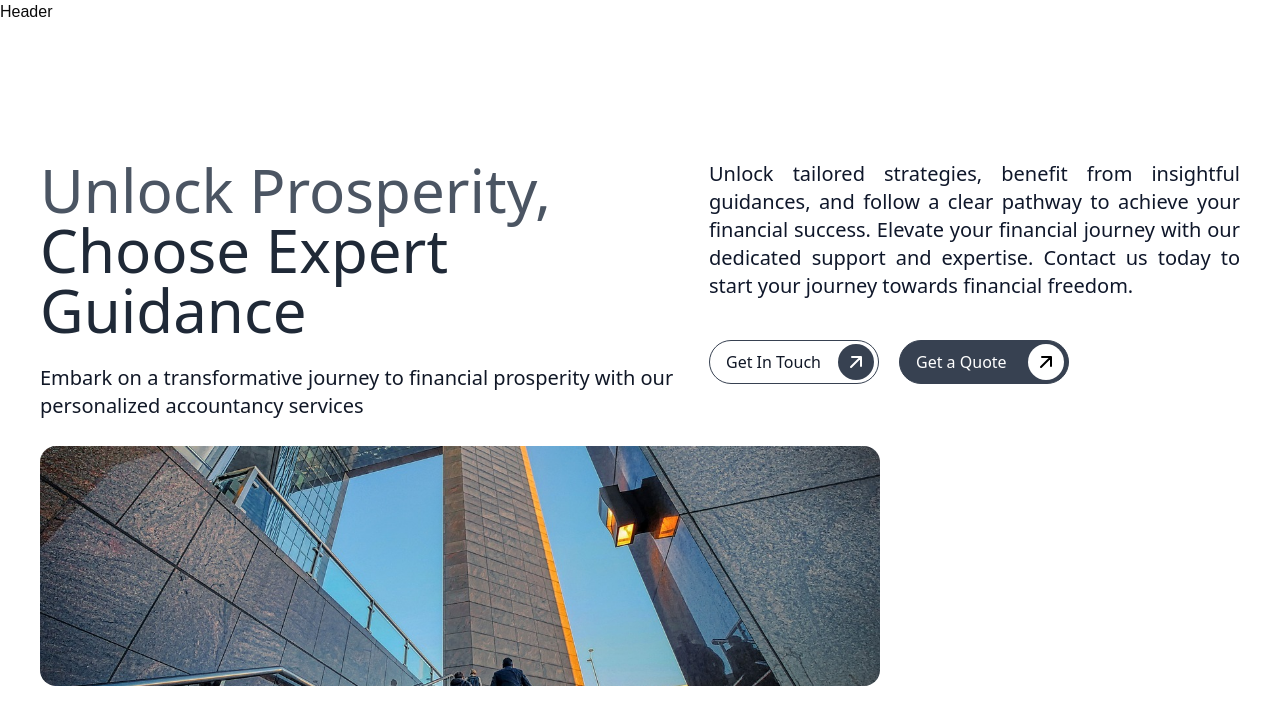
Repository: vespersolutionspk18/integrast-website
Page: /
The author's editor kept a copy of each file at every save. The page is drawn from the files as they stood at one save, then again after the next save.
The browser window is 1280 px wide. The pictures show the whole page.
The project was rebuilt for these pictures with package versions that can differ from the ones it lists, and the page was loaded fresh each time. The framework's server and built-in components were replaced by stand-ins that run in the browser. Also part of the build but not shown: next.config.ts.

Above is the page before, as saved 2024-12-09 15:05:55.

After the next save:
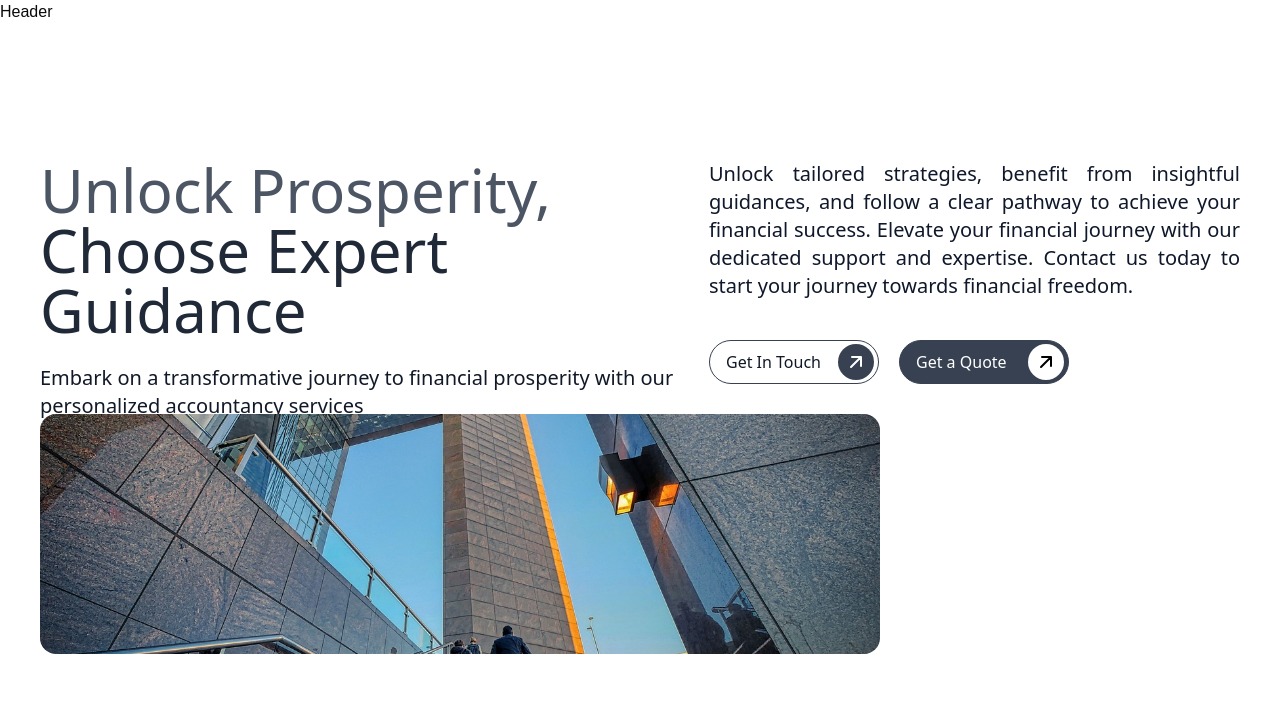
Saved 6 s later.
--- a/app/Hero.tsx
+++ b/app/Hero.tsx
@@ -40,7 +40,7 @@ const Hero = () => {
         </div>
 
 
-        <div className="flex flex-row h-[240px] gap-3 mt-24">
+        <div className="flex flex-row h-[240px] gap-3 mt-16">
             <div className="w-[70%] rounded-2xl bg-cover bg-center" style={{backgroundImage: `url('/assets/heroimage1.jpg')`}}></div>
         </div>
     </div>
